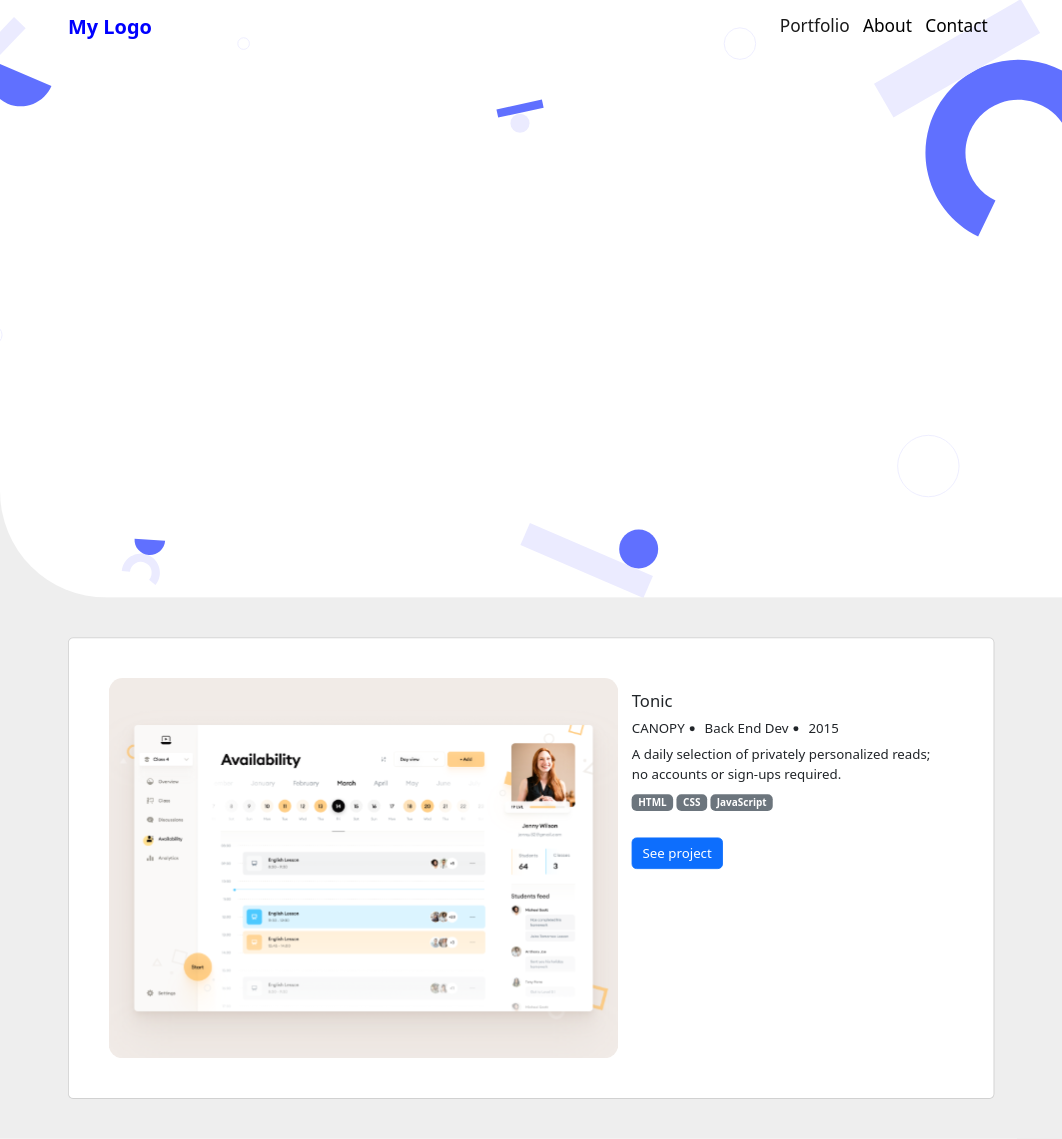
Repository: waelelsafty07/Bootstrap-Portfolio
Page: index.html
These files come from the project's save history. The page is drawn as it stood at one moment and after the next save; the edit follows.
The browser window is 1280 px wide. The pictures show the whole page, at 83% of full size.

Above is the page before, as saved 2023-04-04 17:00:19.

After the next save:
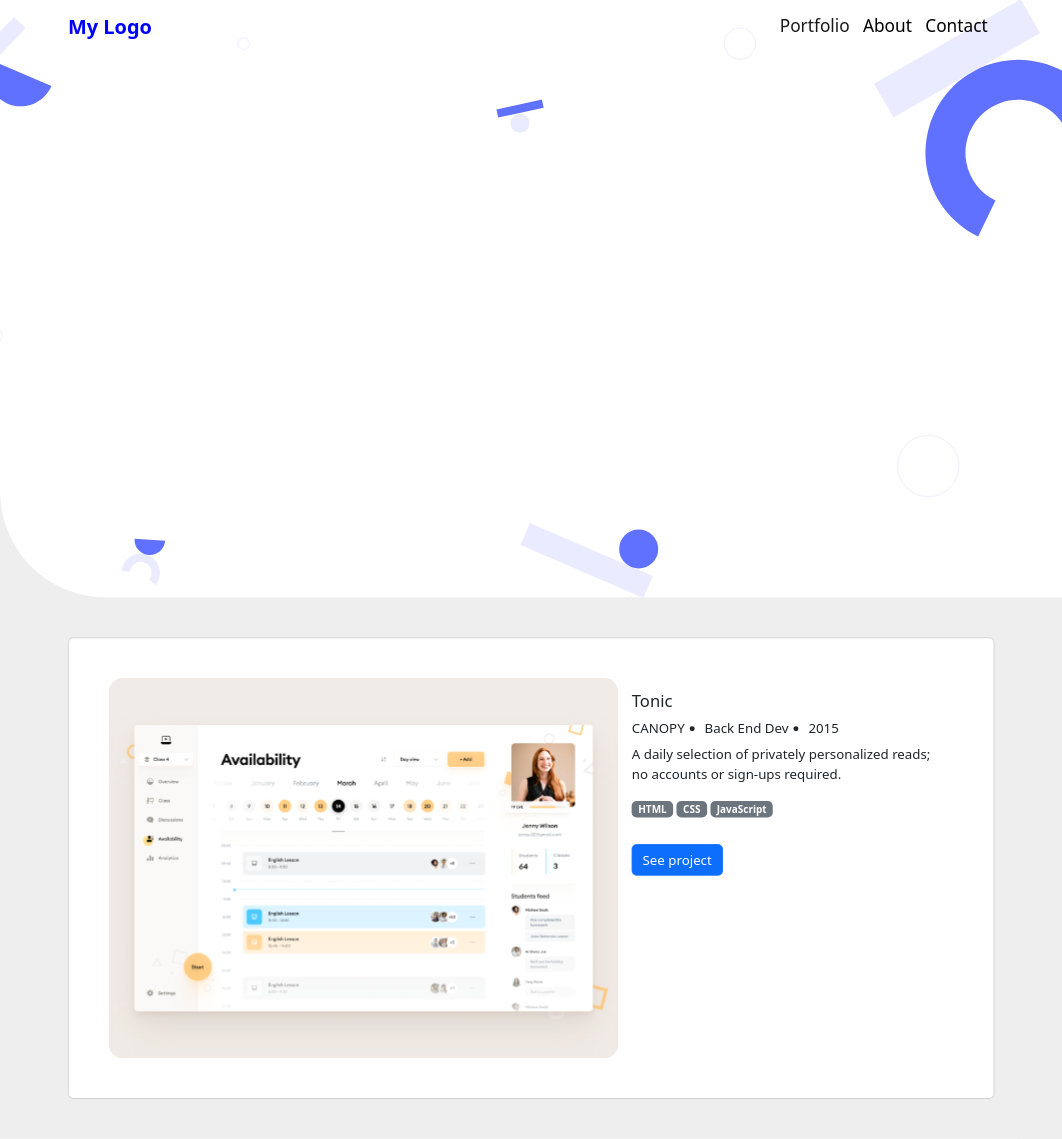
Saved 4 s later.
--- a/index.html
+++ b/index.html
@@ -45,7 +45,7 @@
                 <li class="ms-4">2015</li>
               </ul>
               <p class="card-text my-2">A daily selection of privately personalized reads; no accounts or sign-ups required.</p>
-              <ul class="list-unstyled my-">
+              <ul class="list-unstyled my-3">
                 <li class="badge bg-secondary">HTML</li>
                 <li class="badge bg-secondary">CSS</li>
                 <li class="badge bg-secondary">JavaScript</li>
